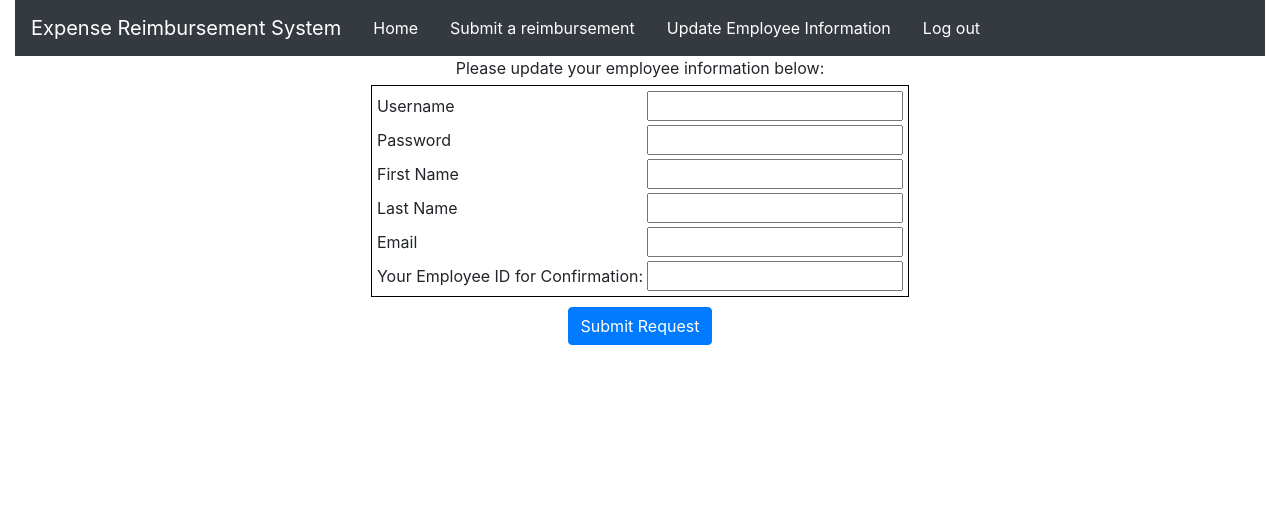
Repository: Trevormulrenin/ers-app
Page: ers-app/src/main/webapp/html/employee_info.html
These files come from the project's save history. The page is drawn as it stood at one moment and after a run of saves; the edit follows.
The browser window is 1280 px wide. The pictures show the whole page.

Above is the page before, as saved 2021-03-30 23:39:15.

After the next 2 saves:
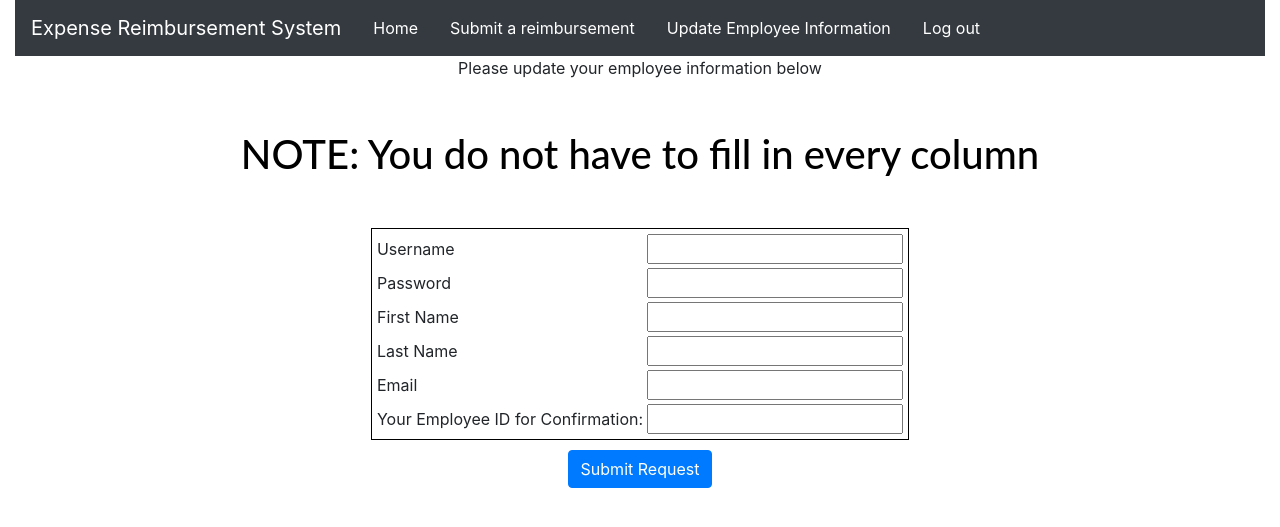
The 2 saves are shown as one change because they came seconds apart.
The last was saved 68 s later.
--- a/ers-app/src/main/webapp/html/employee_info.html
+++ b/ers-app/src/main/webapp/html/employee_info.html
@@ -30,7 +30,9 @@
 	</div>
 
 		<div class="container">
-		<header style="text-align:center"> Please update your employee information below:</header>
+		<header style="text-align:center"> Please update your employee information below</header>
+		<h1> NOTE: You do not have to fill in every column</h1>
+
 		<form action="../UpdateEmployeeServlet" method="post">
 			<table class="center" id="update-table">
 				<tr>
